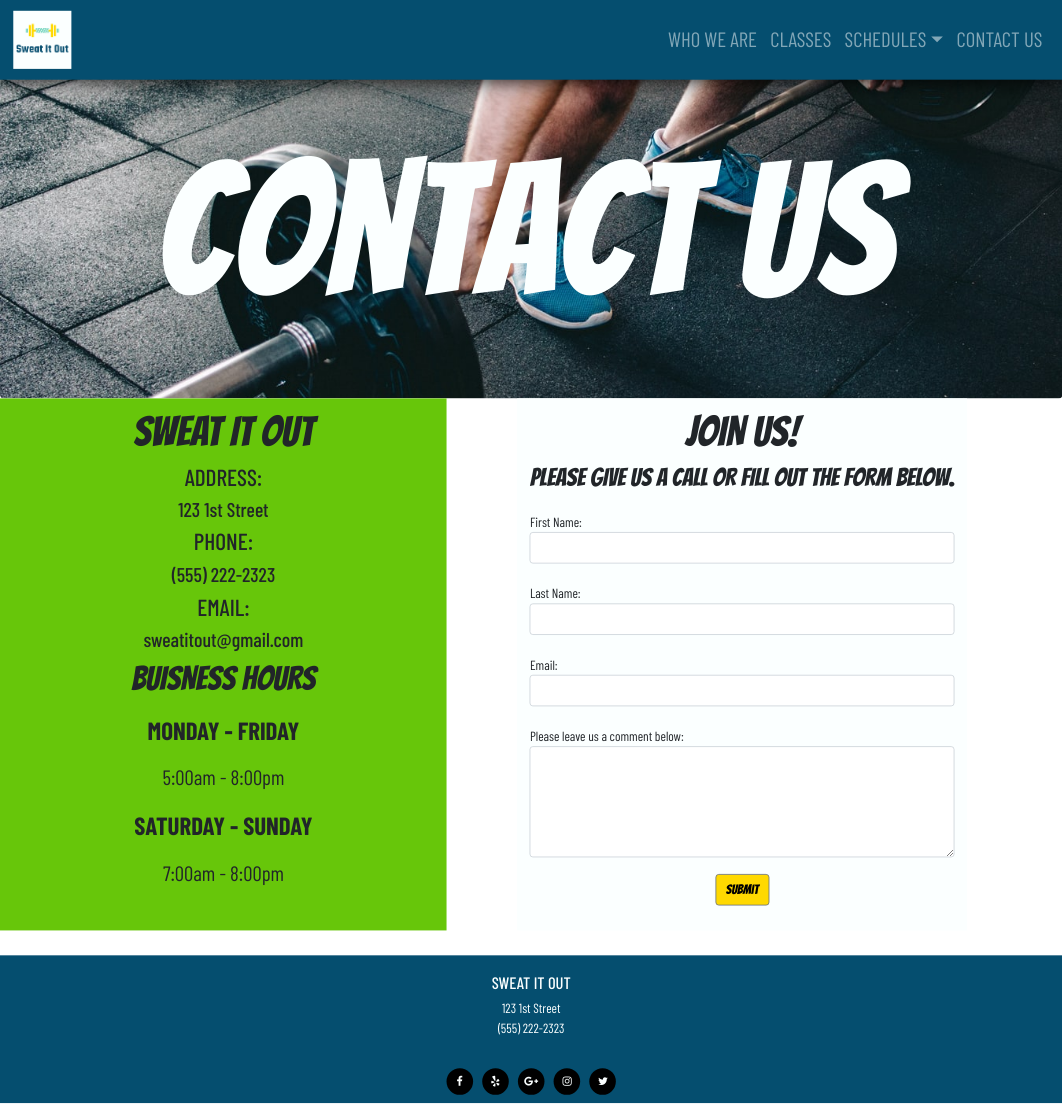
Repository: amybru/sweatitout
Page: contact.html
The author's editor kept a record of every edit. The page is drawn from the files as they stood at one moment, then again after the next edit.
The browser window is 1280 px wide. The pictures show the whole page, at 83% of full size.
Some web fonts or font styles are not loaded; a fallback is used. Some web libraries are served in a nearby version.

Above is the page before.

After the next edit:
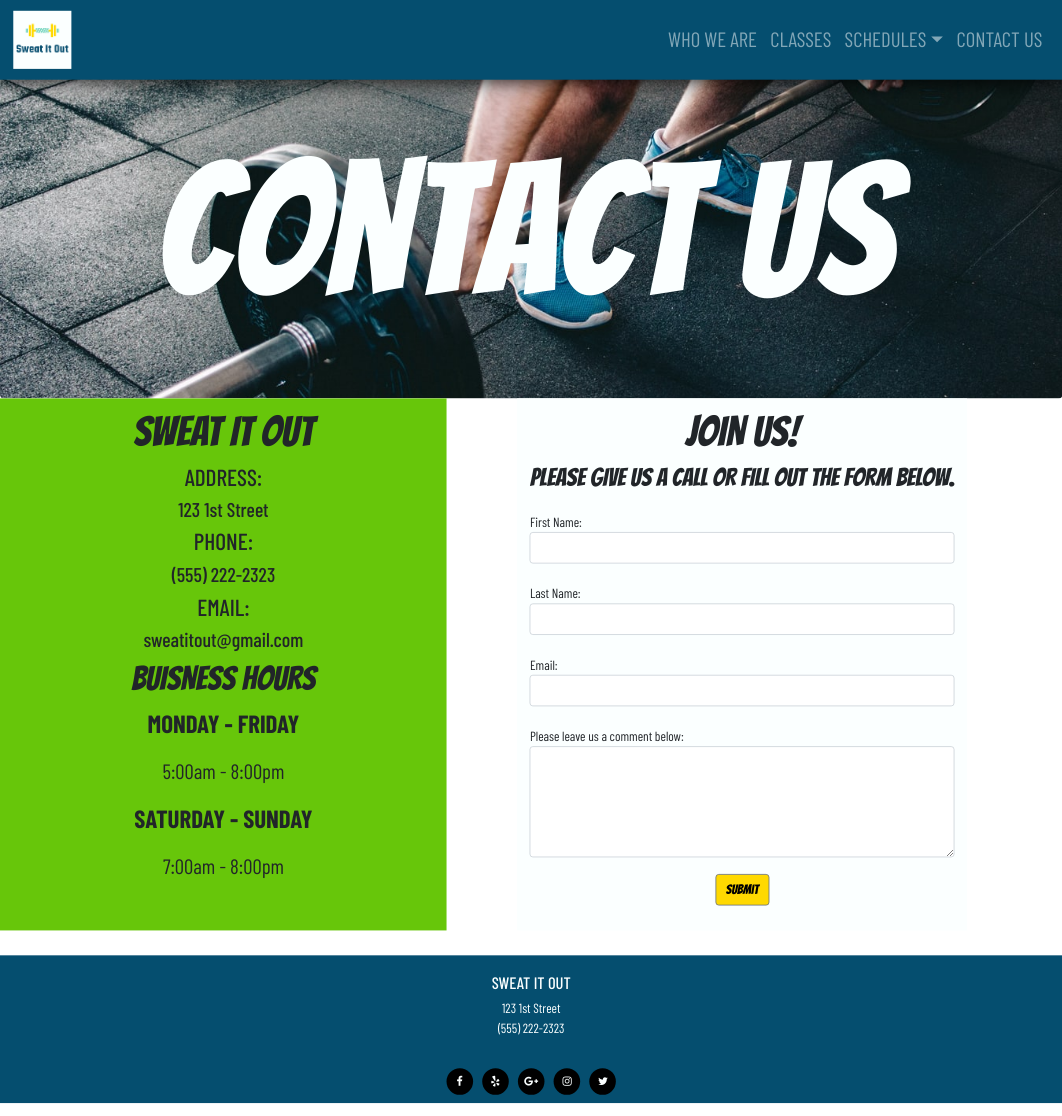
The edit:
--- a/contact.html
+++ b/contact.html
@@ -106,7 +106,7 @@
                   <div class="key">
                      <h2 class="uppercase contact-gym-hours">
                         Buisness Hours
-                     </p>
+                     </h2>
                   </div>
                   <div class="buisness-info-item">
                      <div class="key">
